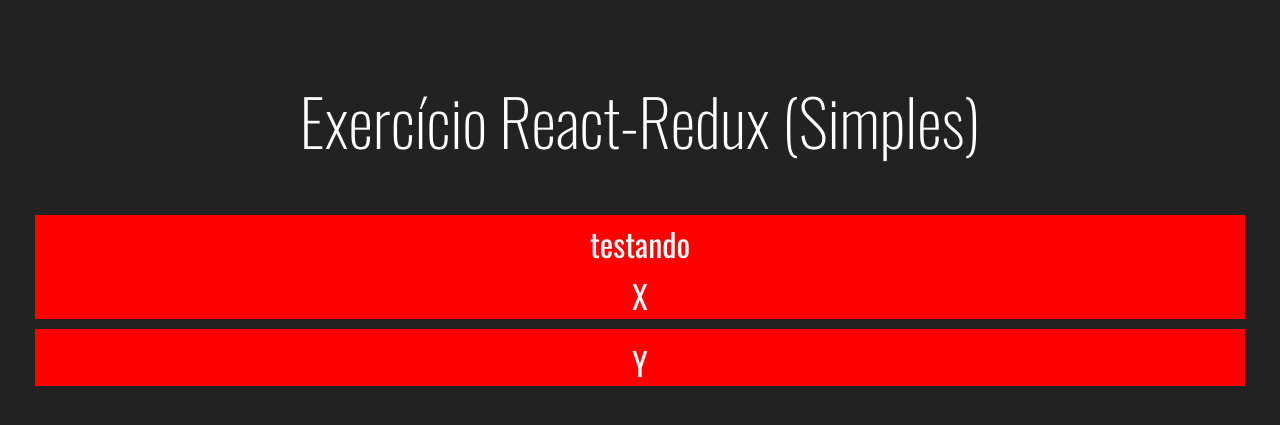
Repository: WellysonP/testando-react-redux
Page: /
The author's editor kept a copy of each file at every save. The page is drawn from the files as they stood at one save, then again after the next save.
The browser window is 1280 px wide. The pictures show the whole page.
The project was rebuilt for these pictures with package versions that can differ from the ones it lists, and the page was loaded fresh each time.

Above is the page before, as saved 2023-01-12 16:36:08.

### public/index.html
<!DOCTYPE html>
<html lang="en">
  <head>
    <link rel="preconnect" href="https://fonts.googleapis.com">
<link rel="preconnect" href="https://fonts.gstatic.com" crossorigin>
<link href="https://fonts.googleapis.com/css2?family=Oswald:wght@200;300;400;500;600;700&display=swap" rel="stylesheet">
    <meta charset="utf-8" />
    <link rel="icon" href="%PUBLIC_URL%/favicon.ico" />
    <meta name="viewport" content="width=device-width, initial-scale=1" />
    <meta name="theme-color" content="#000000" />
    <meta
      name="description"
      content="Web site created using create-react-app"
    />
    <link rel="apple-touch-icon" href="%PUBLIC_URL%/logo192.png" />
    <!--
      manifest.json provides metadata used when your web app is installed on a
      user's mobile device or desktop. See https://developers.google.com/web/fundamentals/web-app-manifest/
    -->
    <link rel="manifest" href="%PUBLIC_URL%/manifest.json" />
    <!--
      Notice the use of %PUBLIC_URL% in the tags above.
      It will be replaced with the URL of the `public` folder during the build.
      Only files inside the `public` folder can be referenced from the HTML.

      Unlike "/favicon.ico" or "favicon.ico", "%PUBLIC_URL%/favicon.ico" will
      work correctly both with client-side routing and a non-root public URL.
      Learn how to configure a non-root public URL by running `npm run build`.
    -->
    <title>React App</title>
  </head>
  <body>
    <noscript>You need to enable JavaScript to run this app.</noscript>
    <div id="root"></div>
    <!--
      This HTML file is a template.
      If you open it directly in the browser, you will see an empty page.

      You can add webfonts, meta tags, or analytics to this file.
      The build step will place the bundled scripts into the <body> tag.

      To begin the development, run `npm start` or `yarn start`.
      To create a production bundle, use `npm run build` or `yarn build`.
    -->
  </body>
</html>

### src/index.css
body{
  background-color: #222;
  font-size: 2rem;
  font-family: Oswald;
  color: #fff;
  margin: 30px;
}

### src/App.js
import logo from './logo.svg';
import './App.css';
import Card from './components/Card';

function App() {
  return (
    <div className="App">
      <h1>Exercício React-Redux (Simples)</h1>
      <div className='linha'>
      <Card title="testando">
        X
        </Card>
      </div>
      <div className='linha'>
      <Card>
        Y
        </Card>
      </div>
    </div>
  );
}

export default App;

### src/App.css
.App{
  display: flex;
  flex-direction: column;
  text-align: center;
}

h1{
  font-weight: 200;
}

.linha{
  display: flex;
}

### src/components/Card.jsx
import "./Card.css"

export default props => {
    return (
        <div className="Card">
            <div className="Header">
                <span className="Title">{props.title}</span>
            </div>
            <div className="Content">
                {props.children}
            </div>
        </div>
    )
}

### src/components/Card.css
.Card{
    flex: 1;
    display: flex;
    flex-direction: column;
    margin: 5px;
    background-color: red;
}

.Card .Header{
    display: flex;
    flex-direction: row;
    justify-content: center;
}

.Card .Header .Title{
    padding: 5px;
}

Loaded but not shown: src/index.js (common file); src/reportWebVitals.js (common file)

After the next save:
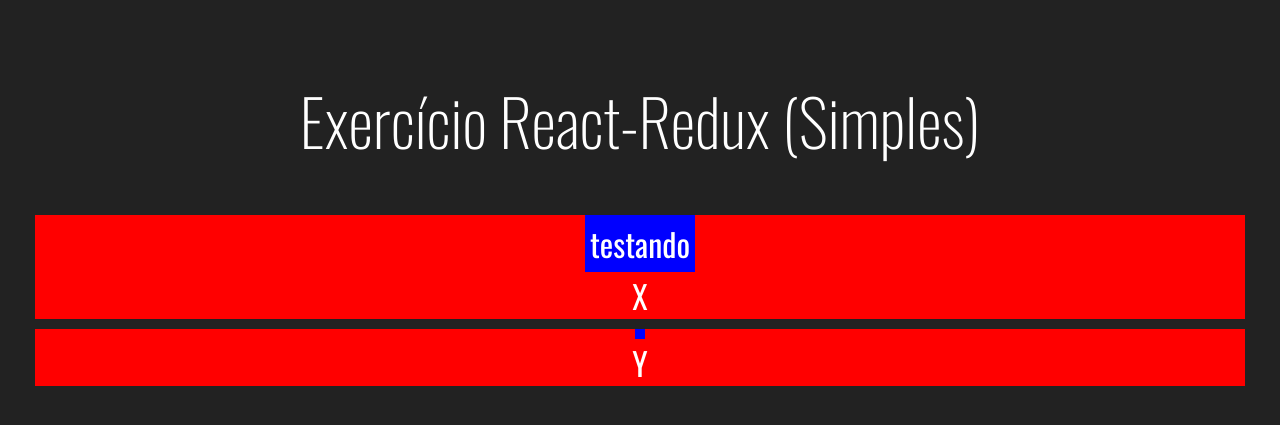
Saved 8 s later.
--- a/src/components/Card.css
+++ b/src/components/Card.css
@@ -14,4 +14,5 @@
 
 .Card .Header .Title{
     padding: 5px;
+    background-color: blue;
 }
